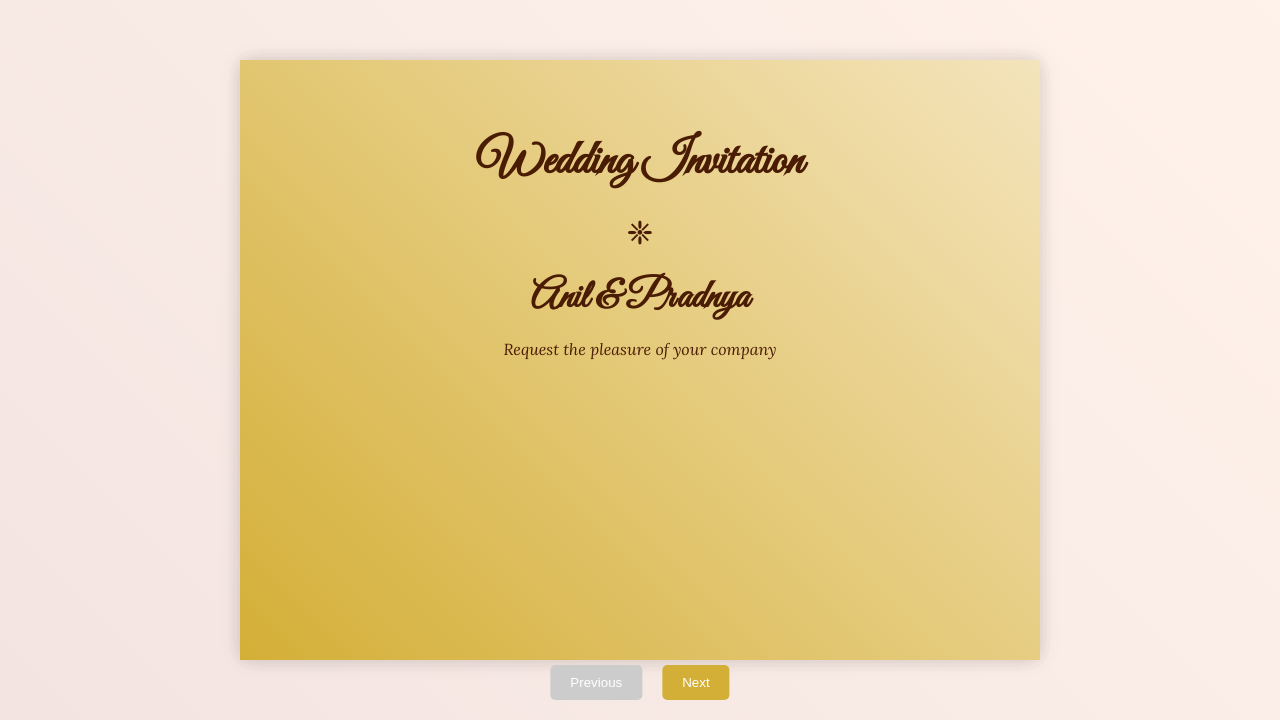
Repository: abhibkop27/finalwedding
Page: index.html
These files come from the project's save history. The page is drawn as it stood at one moment and after the next save; the edit follows.
The browser window is 1280 px wide. The pictures show the whole page.

Above is the page before, as saved 2025-02-17 12:26:38.

### index.html
<!DOCTYPE html>
<html lang="en">
<head>
    <meta charset="UTF-8">
    <meta name="viewport" content="width=device-width, initial-scale=1.0">
    <title>Wedding Invitation</title>
    <link rel="stylesheet" href="style.css">
    <link href="https://fonts.googleapis.com/css2?family=Great+Vibes&family=Lora:ital@1&display=swap" rel="stylesheet">
</head>
<body>
    <div class="book">

        <div class="page cover active" data-page="1" >
            <div class="content">
                <h1>Wedding Invitation</h1>
                <div class="ornament">❈</div>
                <h2>Anil & Pradnya</h2>
                <p>Request the pleasure of your company</p>
            </div>
        </div>


        <div class="page" data-page="2">
            <div class="content">
                <h2>The Wedding Ceremony</h2>
                <p class="date">February  20, 2025</p>
                <p class="time">12:21 PM Onwards</p>
                <div class="venue">
                    <h3>Venue</h3>
                    <p>Reshimgathi Sanskrutik Bhavan</p>
                    <a href="https://maps.app.goo.gl/dHfJvonCVZ4RNg2w9" target="_blank" class="map-link">View Location</a>
                </div>
            </div>
        </div>

        <div class="page" data-page="3">
            <div class="content">
                <h2>Events</h2>
                <div class="events">
                    <div class="event">
                        <h3>Haladi</h3>
                        <p>February 19th, 2025</p>
                        <p>7:00 PM</p>
                    </div>
                    <!-- <div class="event">
                        <h3>Sangeet</h3>
                        <p>December 14th, 2024</p>
                        <p>7:00 PM</p>
                    </div> -->
                </div>
            </div>
        </div>

        <div class="page" data-page="4">
            <div class="content">
                <h2>RSVP</h2>
                <form id="rsvpForm">
                    <input type="text" placeholder="Your Name" required>
                    <input type="number" placeholder="Number of Guests" required>
                    <button type="submit">Confirm Attendance</button>
                </form>
            </div>
        </div>
    </div>

    <div class="navigation">
        <button id="prevBtn" class="nav-button" disabled>Previous</button>
        <button id="nextBtn" class="nav-button">Next</button>
    </div>

    <script src="script.js"></script>
</body>
</html>

### style.css
body {
    margin: 0;
    padding: 0;
    min-height: 100vh;
    display: flex;
    justify-content: center;
    align-items: center;
    background: linear-gradient(45deg, #f3e4e1, #fff2ea);
    font-family: 'Lora', serif;
    scroll-behavior: smooth;
}

.book {
    width: 90%;
    max-width: 800px;
    height: 600px;
    position: relative;
    perspective: 1500px;
}

.page {
    position: absolute;
    width: 100%;
    height: 100%;
    background: #fff;
    transform-origin: left;
    transition: transform 0.6s, opacity 0.6s;
    box-shadow: 0 0 20px rgba(0,0,0,0.1);
    padding: 20px;
    box-sizing: border-box;
    opacity: 0;
    pointer-events: none;
}

.page.active {
    opacity: 1;
    pointer-events: all;
    z-index: 1;
}

.cover {
    background: linear-gradient(45deg, #d4af37, #f4e4bc);
    color: #4a1c03;
}

.content {
    padding: 20px;
    text-align: center;
}

h1 {
    font-family: 'Great Vibes', cursive;
    font-size: 3em;
    color: #4a1c03;
    margin-bottom: 20px;
}

h2 {
    font-family: 'Great Vibes', cursive;
    font-size: 2.5em;
    color: #4a1c03;
    margin: 15px 0;
}

.ornament {
    font-size: 2em;
    color: #4a1c03;
    margin: 20px 0;
}

.date, .time {
    font-size: 1.2em;
    color: #666;
    margin: 10px 0;
}

.venue {
    margin: 30px 0;
    padding: 20px;
    border: 1px solid #d4af37;
    border-radius: 10px;
}

.map-link {
    display: inline-block;
    margin-top: 15px;
    padding: 10px 20px;
    background: #d4af37;
    color: white;
    text-decoration: none;
    border-radius: 5px;
    transition: background 0.3s;
}

.map-link:hover {
    background: #b38f28;
}

.events {
    display: flex;
    flex-direction: column;
    gap: 20px;
}

.event {
    padding: 15px;
    border: 1px solid #d4af37;
    border-radius: 8px;
}

form {
    display: flex;
    flex-direction: column;
    gap: 15px;
    max-width: 300px;
    margin: 0 auto;
}

input {
    padding: 10px;
    border: 1px solid #d4af37;
    border-radius: 5px;
}

button {
    padding: 10px 20px;
    background: #d4af37;
    color: white;
    border: none;
    border-radius: 5px;
    cursor: pointer;
    transition: background 0.3s;
}

button:hover {
    background: #b38f28;
}

.navigation {
    position: fixed;
    bottom: 20px;
    left: 50%;
    transform: translateX(-50%);
    display: flex;
    gap: 20px;
    z-index: 2;
}

.nav-button {
    padding: 10px 20px;
    background: #d4af37;
    color: white;
    border: none;
    border-radius: 5px;
    cursor: pointer;
    transition: background 0.3s;
}

.nav-button:disabled {
    background: #ccc;
    cursor: not-allowed;
}

@media (max-width: 768px) {
    body {
        align-items: flex-start;
        padding: 20px 0;
        background-attachment: fixed;
    }

    .book {
        height: auto;
        perspective: none;
        display: flex;
        flex-direction: column;
        gap: 30px;
        padding-bottom: 80px;
    }

    .page {
        position: relative;
        height: auto;
        min-height: 500px;
        opacity: 1;
        pointer-events: all;
        transform: none !important;
        transition: none;
    }

    .page:not(.active) {
        opacity: 0.3;
    }

    .page.active {
        opacity: 1;
        box-shadow: 0 0 30px rgba(0,0,0,0.2);
    }

    .navigation {
        position: fixed;
        bottom: 20px;
        background: rgba(255, 255, 255, 0.9);
        padding: 10px;
        border-radius: 10px;
        box-shadow: 0 2px 10px rgba(0,0,0,0.1);
    }

    .content {
        padding: 30px 20px;
    }

    h1 {
        font-size: 2.5em;
    }

    h2 {
        font-size: 2em;
    }
}

### script.js
document.getElementById('rsvpForm').addEventListener('submit', function(e) {
    e.preventDefault();
    const formData = new FormData(e.target);
    alert('Thank you for your RSVP!\nWe look forward to celebrating with you!');
    e.target.reset();
});

// Page Navigation
const pages = document.querySelectorAll('.page');
const prevBtn = document.getElementById('prevBtn');
const nextBtn = document.getElementById('nextBtn');
let currentPage = 1;
const totalPages = pages.length;

function updateButtons() {
    prevBtn.disabled = currentPage === 1;
    nextBtn.disabled = currentPage === totalPages;
}

function showPage(pageNumber) {
    pages.forEach(page => {
        page.classList.remove('active');
        if (parseInt(page.dataset.page) === pageNumber) {
            page.classList.add('active');

            // Scroll to the active page on mobile with offset
            if (window.innerWidth <= 768) {
                const offset = 20; // Adjust this value to control scroll position
                const pageTop = page.offsetTop - offset;
                window.scrollTo({
                    top: pageTop,
                    behavior: 'smooth'
                });
            }
        }
    });
    currentPage = pageNumber;
    updateButtons();
}

prevBtn.addEventListener('click', () => {
    if (currentPage > 1) {
        showPage(currentPage - 1);
    }
});

nextBtn.addEventListener('click', () => {
    if (currentPage < totalPages) {
        showPage(currentPage + 1);
    }
});

// Initialize first page
updateButtons();

// Handle window resize
window.addEventListener('resize', () => {
    const activePage = document.querySelector('.page.active');
    if (activePage && window.innerWidth <= 768) {
        const offset = 20;
        const pageTop = activePage.offsetTop - offset;
        window.scrollTo({
            top: pageTop,
            behavior: 'smooth'
        });
    }
});

After the next save:
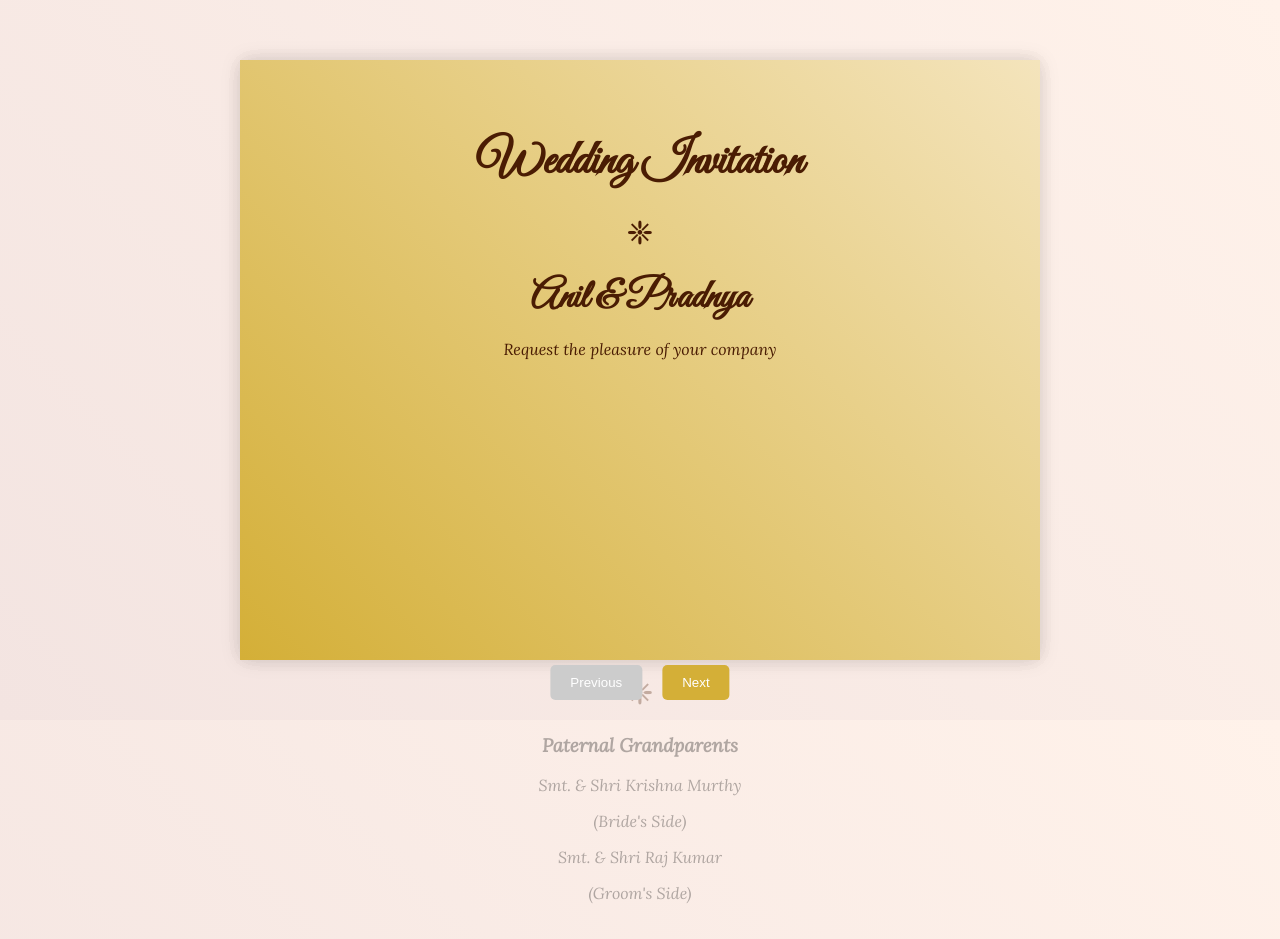
Saved 7 min 51 s later.
--- a/index.html
+++ b/index.html
@@ -32,21 +32,54 @@
                 </div>
             </div>
         </div>
-
         <div class="page" data-page="3">
             <div class="content">
-                <h2>Events</h2>
-                <div class="events">
-                    <div class="event">
-                        <h3>Haladi</h3>
-                        <p>February 19th, 2025</p>
-                        <p>7:00 PM</p>
+                <h2>With the Blessings of</h2>
+                <div class="family-details">
+                    <div class="family-grid">
+                        <div class="family-section">
+                            <h3>Bride's Parents</h3>
+                            <p class="elder-name">Smt. & Shri Devaki Prasad</p>
+                            <p class="relation">(Parents of the Bride)</p>
+                        </div>
+                        <div class="family-section">
+                            <h3>Groom's Parents</h3>
+                            <p class="elder-name">Smt. & Shri Mohan Das</p>
+                            <p class="relation">(Parents of the Groom)</p>
+                        </div>
                     </div>
-                    <!-- <div class="event">
-                        <h3>Sangeet</h3>
-                        <p>December 14th, 2024</p>
-                        <p>7:00 PM</p>
-                    </div> -->
+                    <div class="ornament">❈</div>
+                    <div class="family-grid">
+                        <div class="family-section">
+                            <h3>Maternal Grandparents</h3>
+                            <div class="grandparents">
+                                <div>
+                                    <p class="elder-name">Smt. & Shri Ramesh Kumar</p>
+                                    <p class="relation">(Bride's Side)</p>
+                                </div>
+                                <div>
+                                    <p class="elder-name">Smt. & Shri Suresh Kumar</p>
+                                    <p class="relation">(Groom's Side)</p>
+                                </div>
+                            </div>
+                        </div>
+                    </div>
+                    <div class="ornament">❈</div>
+                    <div class="family-grid">
+                        <div class="family-section">
+                            <h3>Paternal Grandparents</h3>
+                            <div class="grandparents">
+                                <div>
+                                    <p class="elder-name">Smt. & Shri Krishna Murthy</p>
+                                    <p class="relation">(Bride's Side)</p>
+                                </div>
+                                <div>
+                                    <p class="elder-name">Smt. & Shri Raj Kumar</p>
+                                    <p class="relation">(Groom's Side)</p>
+                                </div>
+                            </div>
+                        </div>
+                    </div>
                 </div>
             </div>
         </div>
